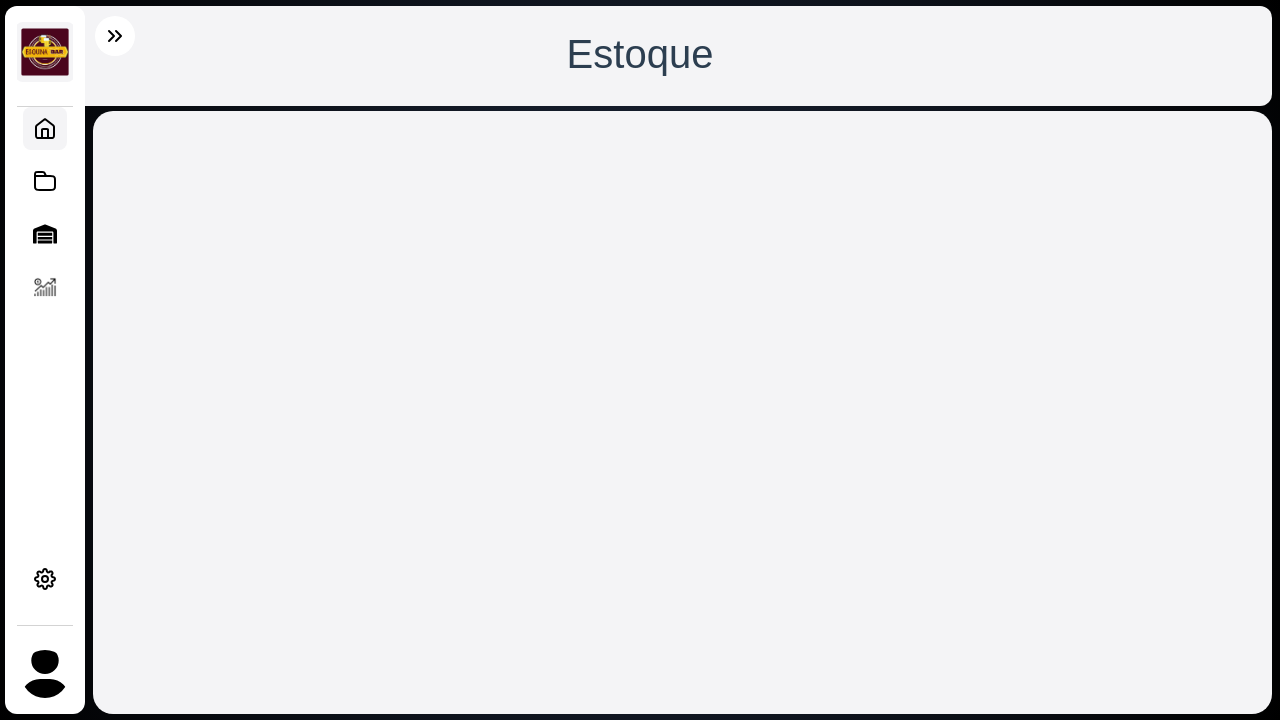
Repository: jazaoo13/Projeto_Oficina_Integracao
Page: / (app in Aplicacao_vue/)
An editor plug-in stored every save of this project. The page is shown before and after the next save, followed by the edit.
The browser window is 1280 px wide. The page is 1287 px wide, so the pictures cover 1287 px, including what lies to the right of the window. The pictures show the whole page.
The page's requests for data from a server got no answer. The project was rebuilt for these pictures with package versions that can differ from the ones it lists, and the page was loaded fresh each time. No one was signed in, and anything a server would have sent is missing. Also part of the build but not shown: Aplicacao_vue/vue.config.js, Aplicacao_vue/src/View/jazao.vue.

Above is the page before, as saved 2023-11-19 14:46:04.

### Aplicacao_vue/public/index.html
<!DOCTYPE html>
<html lang="">
  <head>
    <meta charset="utf-8">
    <meta name="viewport" content="width=device-width, initial-scale=1">
    <meta http-equiv="X-UA-Compatible" content="IE=edge">
    <meta name="viewport" content="width=device-width,initial-scale=1.0">
    <link rel="icon" href="<%= BASE_URL %>favicon.ico">
    <link href="https://cdn.jsdelivr.net/npm/bootstrap@5.3.2/dist/css/bootstrap.min.css" rel="stylesheet" integrity="sha384-T3c6CoIi6uLrA9TneNEoa7RxnatzjcDSCmG1MXxSR1GAsXEV/Dwwykc2MPK8M2HN" crossorigin="anonymous">
    <title>Controle de Bebidas</title>
  </head>
  <body>
    <script src="https://cdn.jsdelivr.net/npm/bootstrap@5.3.2/dist/js/bootstrap.bundle.min.js" integrity="sha384-C6RzsynM9kWDrMNeT87bh95OGNyZPhcTNXj1NW7RuBCsyN/o0jlpcV8Qyq46cDfL" crossorigin="anonymous"></script>
    <div id="app"></div>
    <!-- built files will be auto injected -->
  </body>
</html>

### Aplicacao_vue/src/main.js
import Vue from 'vue'
import App from './App.vue'
import {BootstrapVue, IconsPlugin} from 'bootstrap-vue';
import 'font-awesome/css/font-awesome.css';
import 'bootstrap-vue/dist/bootstrap-vue.css'
import 'bootstrap/dist/css/bootstrap.css'
import router from './router'
import Vuex from 'vuex'
import store from './store'

Vue.config.productionTip = false
Vue.use(BootstrapVue);
Vue.use(IconsPlugin);
Vue.use(Vuex);

new Vue({
  router,
  store,
  render: h => h(App)
}).$mount('#app')

### Aplicacao_vue/src/router/index.js
import Vue from 'vue'
import VueRouter from 'vue-router'
import Home from '../View/Home.vue'
import jazao_component from '../View/jazao.vue'
Vue.use(VueRouter)

const routes = [
  {
    path: '/',
    name: 'home',
    component: Home
  },
  {
    path: '/jazao',
    name: 'Jazao',
    component: jazao_component
    //component: () => import(/* webpackChunkName: "about" */ '../View/HomeTeste.vue')
  },

]

const router = new VueRouter({
  mode: 'history',
  base: process.env.BASE_URL,
  routes
})

export default router

### Aplicacao_vue/src/store.js
import Vue from 'vue'
import Vuex from 'vuex'

Vue.use(Vuex)

const store = new Vuex.Store({
    data(){
        return{
            isActive: false
        }
    },
    state: {
        count: 0,
        isActive: false
    },
    mutations: {
        increment(state) {
            state.count++
        },
        setIsActive(state){
            state.isActive = !state.isActive
        }
    },

})
export default store

### Aplicacao_vue/src/View/Home.vue
<template>
    <div class="bodyClass">
        <div class="container-fluid">
            <div class="row">
                <Sidebar></Sidebar>
            </div>
            <div class="content-container">
                <HeaderPage></HeaderPage>
                <EstoqueView></EstoqueView>
            </div>
        </div>

    </div>
</template>

<script>
import axios from 'axios';
import Sidebar from './Sidebar.vue';
import HeaderPage from './Header.vue'
import EstoqueView from '../components/EstoqueView.vue'
export default {
    name: 'HomePage',
    components: {
        Sidebar,
        HeaderPage,
        EstoqueView
    },
    data() {
        return {
            lstApi: '',
        };
    },
    methods: {
        chamar_api() {
            let url = 'https://catfact.ninja/fact';
            axios
                .get(url, {

                })
                .then((resposta) => {
                    this.lstApi = resposta
                })
                .catch((erro) => console.log(erro));
        },
    },
    mounted() {
        this.chamar_api()
    },
};
</script>

<style lang="scss" scoped>
.bodyClass {
    height: 100vh;
    background: radial-gradient(circle at 50% 50%, #192233 20%, #000);
    padding: 0.375rem;
    font-family: Poppins, sans-serif;
    display: flex;
}
.container-fluid {
  flex: 1;
  display: flex;
  flex-direction: column;
  padding-right: 2px;
  padding-left: 2px;
}
.row {
  display: flex;
  flex: 1;
}
.content-container {
  display: flex;
  flex-direction: column;
  flex: 1500;
}
</style>

### Aplicacao_vue/src/View/Sidebar.vue
<template>
    <div>
        <nav :class="{ 'isActive': this.$store.state.isActive }">
            <div class="sidebar-header" :class="{ 'isActive': this.$store.state.isActive }">
                <a class="logo-wrapper">
                    <img src="@/assets/logo_esquina.png" alt="Logo" :class="{ 'isActive': this.$store.state.isActive }">
                    <h2 :class="{ 'isActive': this.$store.state.isActive }">Bar da Esquina</h2>
                </a>
                <button class="toggle-btn" @click="toggle()">
                    <img src="../assets/expand.svg" alt="expand button">
                </button>
            </div>

            <div class="sidebar-links" :class="{ 'isActive': this.$store.state.isActive }">
                <a class="link active">
                    <img src="../assets/home.svg" alt="">
                    <span :class="{ 'isActive': this.$store.state.isActive }">Home</span>
                </a>
                <a class="link">
                    <img src="../assets/projects.svg" alt="">
                    <span :class="{ 'isActive': this.$store.state.isActive }">Cadastro</span>
                </a>
                <a class="link">
                    <img src="../assets/estoque.svg" alt="">
                    <span :class="{ 'isActive': this.$store.state.isActive }">Estoque</span>
                </a>
                <a class="link">
                    <img src="../assets/vendas.png" alt="">
                    <span :class="{ 'isActive': this.$store.state.isActive }">Vendas</span>
                </a>
            </div>


            <div class="sidebar-bottom" :class="{ 'isActive': this.$store.state.isActive }">
                <div class="sidebar-links" :class="{ 'isActive': this.$store.state.isActive }">
                    <a class="link">
                        <img src="../assets/settings.svg" alt="">
                        <span :class="{ 'isActive': this.$store.state.isActive }">Configurações</span>
                    </a>
                </div>

                <div class="user-profile" :class="{ 'isActive': this.$store.state.isActive }">
                    <div class="user-avatar">
                        <img src="../assets/user.svg" alt="">
                    </div>
                    <div class="user-details" :class="{ 'isActive': this.$store.state.isActive }">
                        <p class="username">Usuario</p>
                        <p class="user-email">email@gmail.com</p>
                    </div>
                </div>
            </div>
        </nav>
    </div>
</template>

<script>
import store from '../store';
import { mapState } from 'vuex'
export default {
    name: "SiderBar",
    store,
    components: {
    },
    data() {
        return {
            //isActive:false,
            // imagens:{
            //     imagem1: url=''
            // }
            //array de objetos para os botoes laterais
        }
    },
    methods: {
        Abre_Cadastro() {

        },
        computed: {
            ...mapState(['isActive'])

        },
        toggle() {
            this.$store.commit('setIsActive');

            const toggleBtn = document.querySelector(".toggle-btn");
            toggleBtn.style.transform = this.$store.state.isActive ? "rotate(180deg)" : "rotate(0deg)";
        },
    },
    mounted() {

    },
}
</script>


<style lang="scss">
*,
*::before,
*::after {
    margin: 0;
    padding: 0;
    box-sizing: border-box;
}

button,
a {
    all: unset;
    font: inherit;
    cursor: pointer;
    text-decoration: none !important;
}

a:hover {
    color: inherit !important;
}

nav {
    position: fixed;
    width: 5rem;
    height: calc(100vh - 0.75rem);
    background-color: #ffffff;
    padding: 1rem 0.75rem;
    border-radius: 0.75rem;
    display: flex;
    flex-direction: column;
    transition: width 500ms ease;

    &.isActive {
        width: 15rem;
    }
}

h2 {
    display: none;

    &.isActive {
        display: inline;
        font-size: 1.5rem;
    }
}

.sidebar-header,
.sidebar-links {
    display: flex;
    justify-content: center;
    align-items: center;
    overflow: hidden;
    flex-direction: column;
    &.isActive {
        justify-content: start;
        align-items: stretch;
    }
}
.sidebar-links {
    flex-direction: column;
    margin-bottom: auto;
    gap: 0.6rem;
    padding-bottom: 1.5rem;
}
.sidebar-header {
    margin-bottom: 1.5rem;

    &.isActive {
        justify-content: start;
        align-items: stretch;
    }
}

.logo-wrapper {
    display: flex;
    justify-content: start;
    align-items: center;
    gap: 1.25rem;
    text-decoration: none !important;
}

a.logo-wrapper:hover {
    color: inherit !important;
}

.logo-wrapper>img {
    width: 60px;
    height: 60px;
    background-color: #f4f4f6;
    padding: 0.4rem;
    border-radius: 0.5rem;

    &.isActive {
        width: 100px;
        height: 100px;
    }
}

nav>.sidebar-links {
    border-top: 1px solid rgb(211, 211, 211);
}

.link {
    display: flex;
    padding: 0.6rem;
    border-radius: 0.5rem;
    gap: 1.5rem;
}

span {
    display: none;

    &.isActive {
        display: inline;
    }
}

.link:hover,
.link.active:hover {
    background-color: #e4e4e8;
}

.link.active {
    background-color: #f4f4f6;
}

.link>img {
    width: 24px;
    height: 24px;
}

.sidebar-bottom .sidebar-links {
    padding-bottom: 1.5rem;
}

.toggle-btn {
    position: absolute;
    top: 10px;
    right: -50px;
    padding: 0.5rem;
    background-color: #fff;
    border-radius: 50%;
    display: flex;
    justify-content: center;
    align-items: center;
    transition: transform 0.25s ease;
}

.user-profile {
    display: flex;
    justify-content: center;
    align-items: center;
    gap: 1.5rem;
    padding-top: 1.5rem;
    border-top: 1px solid rgb(211, 211, 211);

    &.isActive {
        justify-content: start;
        align-items: stretch;
    }
}

.user-avatar {
    width: 48px;
    height: 48px;
    cursor: pointer;
    transition: scale 0.2s ease;
}

.user-avatar img {
    width: 100%;
    height: 100%;
    border-radius: 50%;
    object-fit: cover;
}

.user-avatar:hover {
    scale: 1.1;
}

.user-details {
    align-self: center;
    overflow: hidden;
    display: none;

    .username {
        font-size: 0.85rem;
        font-weight: 600;
    }

    .user-email {
        font-size: 0.8rem;
    }

    &.isActive {
        display: inline;
    }

}</style>

### Aplicacao_vue/src/View/Header.vue
<template>
    <div>
        <div class="header" :class="{ 'isActive': this.$store.state.isActive }">
        <h1 class="titulo">Estoque</h1>
        </div>
    </div>
</template>

<script>
import { mapState } from 'vuex'
export default {
    name: "HeaderPage",
    data() {
        return {
            //isActive: false,
        }
    },
    computed: {
        ...mapState(['isActive'])

    },
}
</script>

<style lang="scss" scoped>
.header {
    //width: calc(100% - 85px);
    background-color: #f4f4f6;
    border-radius: 0.75rem;
    height: 100px;
    margin-left:auto;
    transition: width 500ms ease ;
    &.isActive{
        //width:calc(100% - 245px);
        transition: width 500ms ease ;
    }
}
.titulo{
    height: 100%;
    padding-top: 1.5rem;
}

// .header{

// }
</style>

### Aplicacao_vue/src/components/EstoqueView.vue
<template>
    <div class="backPage" :class="{ 'isActive': this.$store.state.isActive }">

    </div>
</template>

<script>
import store from '../store';
import { mapState } from 'vuex'
    export default {
        name:"EstoqueView",
        store,
        methods: {
        computed: {
            ...mapState(['isActive'])

        }
    },
    }
</script>

<style lang="scss" scoped>
.backPage{
    background-color: #f4f4f6;
    width: calc(100% - 85px);
    margin-left: auto;
    border-radius: 20px;
    margin-top: 5px;
    height: calc(100% - 10px);
    transition: width 500ms ease ;
    &.isActive{
        width:calc(100% - 245px);
        transition: width 500ms ease ;
    }
}
</style>

Loaded but not shown: Aplicacao_vue/src/App.vue (common file)

After the next save:
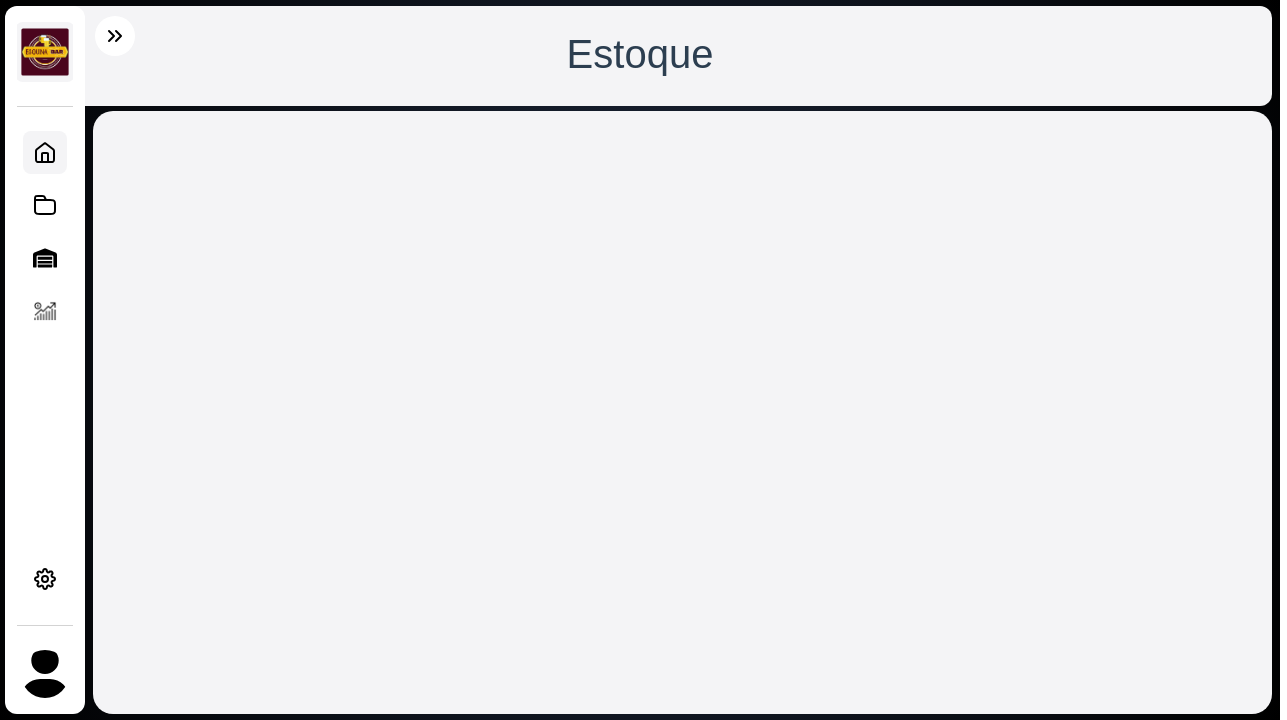
Saved 53 s later.
--- a/Aplicacao_vue/src/View/Sidebar.vue
+++ b/Aplicacao_vue/src/View/Sidebar.vue
@@ -155,10 +155,10 @@ h2 {
     margin-bottom: auto;
     gap: 0.6rem;
     padding-bottom: 1.5rem;
+    padding-top: 1.5rem;
 }
 .sidebar-header {
     margin-bottom: 1.5rem;
-
     &.isActive {
         justify-content: start;
         align-items: stretch;
